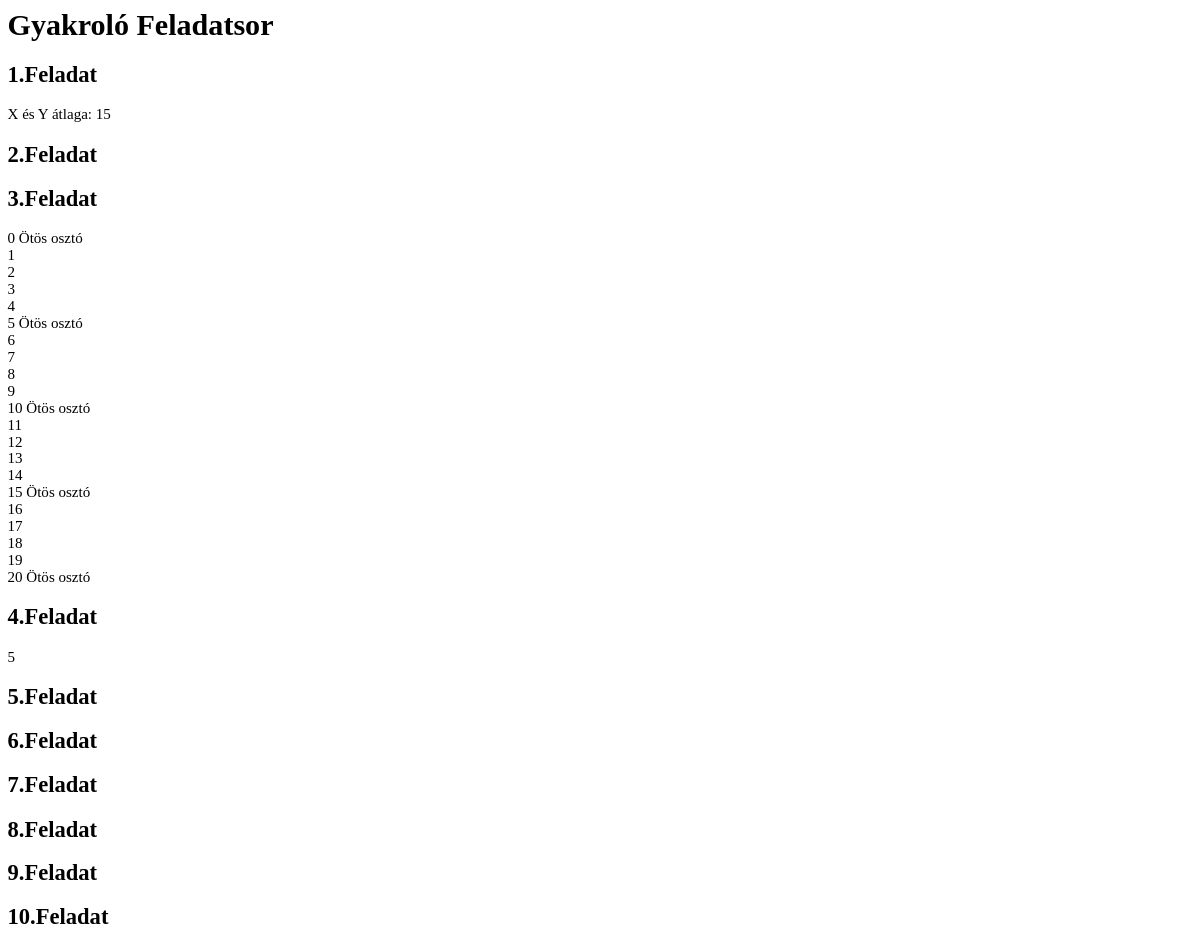
Repository: doomhyena/htdocs
Page: http://localhost/00.Home/02.masodikresz.php
These files come from the project's save history. The page is drawn as it stood at one moment and after the next save; the edit follows.
The browser window is 1280 px wide. The pictures show the whole page, at 94% of full size.
The page is run by PHP 8.4 with error messages shown; the project is at /var/www/html/.

Above is the page before, as saved 2024-09-17 15:08:24.

### 00.Home/02.masodikresz.php
<?php

echo "<h1> Gyakroló Feladatsor </h1>";


/*

1. Feladat
    Változók:
    $x = 10
    $y = 20
    Feladat: Hozz létre egy $eredmeny nevű változót, amelyben eltárolod az $x és $y átlagát, majd írasd ki a végeredményt.

*/
echo "<h2> 1.Feladat </h2>";

$x = 10;
$y = 20;

$eredmeny = ($x + $y) / 2;

echo "X és Y átlaga: $eredmeny";

// -----------------------------------------------------------------------------------------------------------------------------------------

/*

2. Feladat
    Feladat: Hozz létre egy $szam nevű változót, amely egy tetszőleges számot tartalmaz. Írd ki, hogy a szám páros vagy páratlan!

*/

echo "<h2> 2.Feladat </h2>";

// NEM MENT

// -----------------------------------------------------------------------------------------------------------------------------------------

/*

3.Feladat
    Feladat: Hozz létre egy for ciklust, amely 1-től 20-ig fut. A ciklus minden futásakor írd ki a számot, de ha a szám osztható 5-tel, akkor helyette azt írd ki: "Ötös osztó".

*/

echo "<h2> 3.Feladat </h2>";

for ($i = 0; $i <= 20; $i++) {
    if ($i%5 === 0) {
        echo "$i Ötös osztó <br>";
    } else {
        echo "$i <br>";
    }
}

// -----------------------------------------------------------------------------------------------------------------------------------------
/*

4. Feladat
    Feladat: Készíts egy tömböt, amely tartalmazza az alábbi számokat: [3, 5, 7, 9, 11].
    Számold össze, hogy a tömbben hány elem van!
    Számold ki, hogy mennyi az elemek összege, és írd ki az eredményt!

*/

echo "<h2> 4.Feladat </h2>";

$tomb = [3, 5, 7, 9, 11];

echo count($tomb);
// NEM MENT A TOVÁBBI RÉSZE

// -----------------------------------------------------------------------------------------------------------------------------------------
/*

5. Feladat

    Feladat: Hozz létre egy $nev változót, amely egy név (pl. "Anna"). Írasd ki a következő üzenetet, ahol a név dinamikusan jelenik meg: "Üdvözöllek, $nev!".

*/

echo "<h2> 5.Feladat </h2>";

$nev = "Anna";

echo "<h2> 6.Feladat </h2>";



echo "<h2> 7.Feladat </h2>";



echo "<h2> 8.Feladat </h2>";



echo "<h2> 9.Feladat </h2>";



echo "<h2> 10.Feladat </h2>";



?>

After the next save:
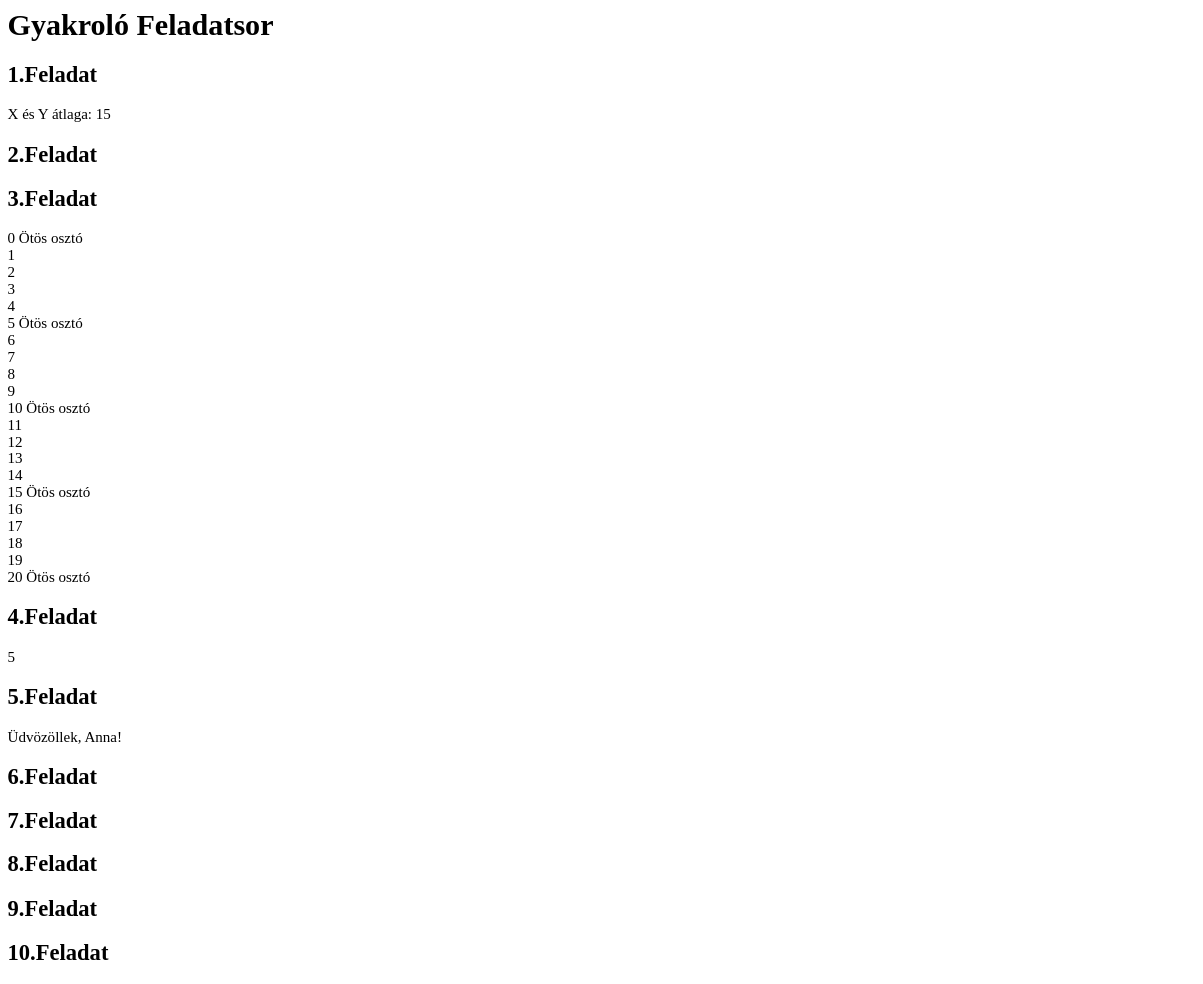
Saved 105 s later.
--- a/00.Home/02.masodikresz.php
+++ b/00.Home/02.masodikresz.php
@@ -83,6 +83,8 @@ echo "<h2> 5.Feladat </h2>";
 
 $nev = "Anna";
 
+echo "Üdvözöllek, $nev!";
+
 echo "<h2> 6.Feladat </h2>";
 
 
